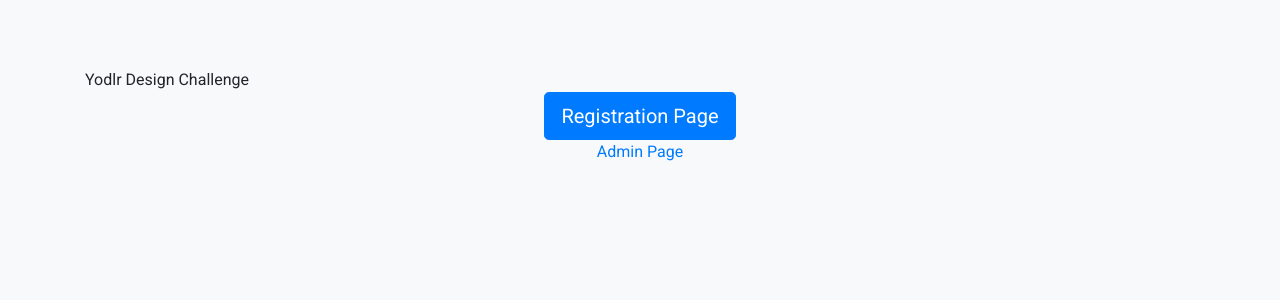
Repository: rmdayberry/yodlr-take-home
Page: public/index.html
The author's editor kept a copy of each file at every save. The page is drawn from the files as they stood at one save, then again after the next save.
The browser window is 1280 px wide. The pictures show the whole page.

Above is the page before, as saved 2024-10-09 09:07:29.

### public/index.html
<!DOCTYPE html>
<html>
  <head>
    <meta charset="utf-8" />
    <title>Yodlr Design Challenge</title>
    <link
      rel="stylesheet"
      href="https://stackpath.bootstrapcdn.com/bootstrap/4.5.2/css/bootstrap.min.css"
    />
    <link rel="stylesheet" href="css/styles.css" />
  </head>
  <body>
    <div class="container mt-5"
    <h1 class="text-center mb-4">Yodlr Design Challenge</h1>
    <p class="text-center">
      <a href="/signup.html" class="btn btn-primary btn-lg">Registration Page</a><br />
      <a href="/admin.html">Admin Page</a>
    </p>
  </body>
</html>

### public/css/styles.css
@import url("https://fonts.googleapis.com/css2?family=Roboto:wght@400;500;700&display=swap");

body {
  font-family: "Roboto", sans-serif;
  background-color: #f8f9fa;
  padding: 20px;
}

After the next save:
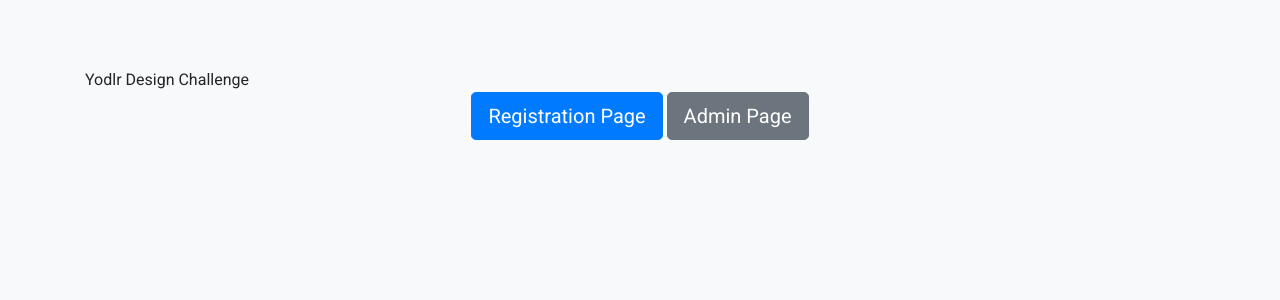
Saved 33 s later.
--- a/public/index.html
+++ b/public/index.html
@@ -13,8 +13,8 @@
     <div class="container mt-5"
     <h1 class="text-center mb-4">Yodlr Design Challenge</h1>
     <p class="text-center">
-      <a href="/signup.html" class="btn btn-primary btn-lg">Registration Page</a><br />
-      <a href="/admin.html">Admin Page</a>
+      <a href="/signup.html" class="btn btn-primary btn-lg">Registration Page</a>
+      <a href="/admin.html" class="btn btn-secondary btn-lg">Admin Page</a>
     </p>
   </body>
 </html>
